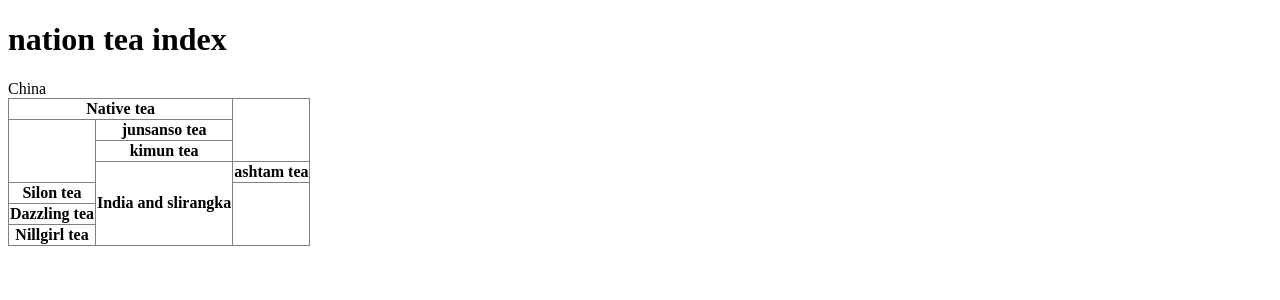
Repository: LucestDail/WebEclipse-Workspace
Page: htmlProject/WebContent/Test2.html
The author's editor kept a copy of each file at every save. The page is drawn from the files as they stood at one save, then again after the next save.
The browser window is 1280 px wide. The pictures show the whole page.

Above is the page before, as saved 2020-11-05 07:06:56.

After the next save:
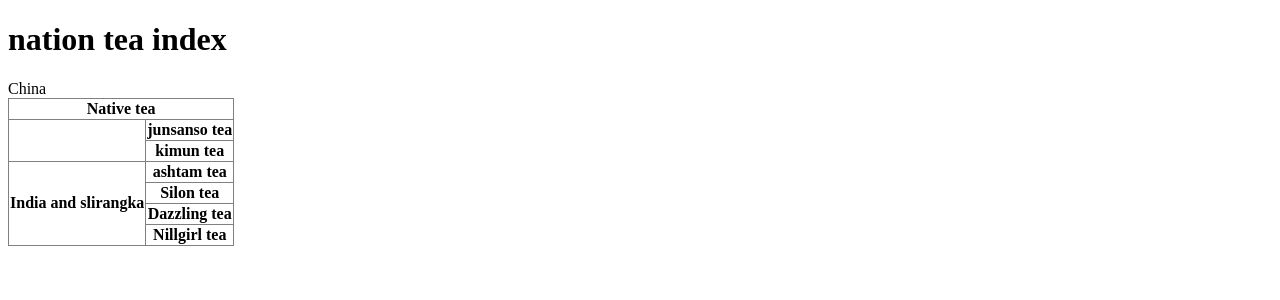
Saved 26 s later.
--- a/htmlProject/WebContent/Test2.html
+++ b/htmlProject/WebContent/Test2.html
@@ -11,7 +11,7 @@
 	<th colspan = "2">Native tea</th>
 </tr>
 <tr>
-	<th rowspan = "3"></th>China<th>junsanso tea</th>
+	<th rowspan = "2"></th>China<th>junsanso tea</th>
 </tr>
 <tr>
 	<th>kimun tea</th>
